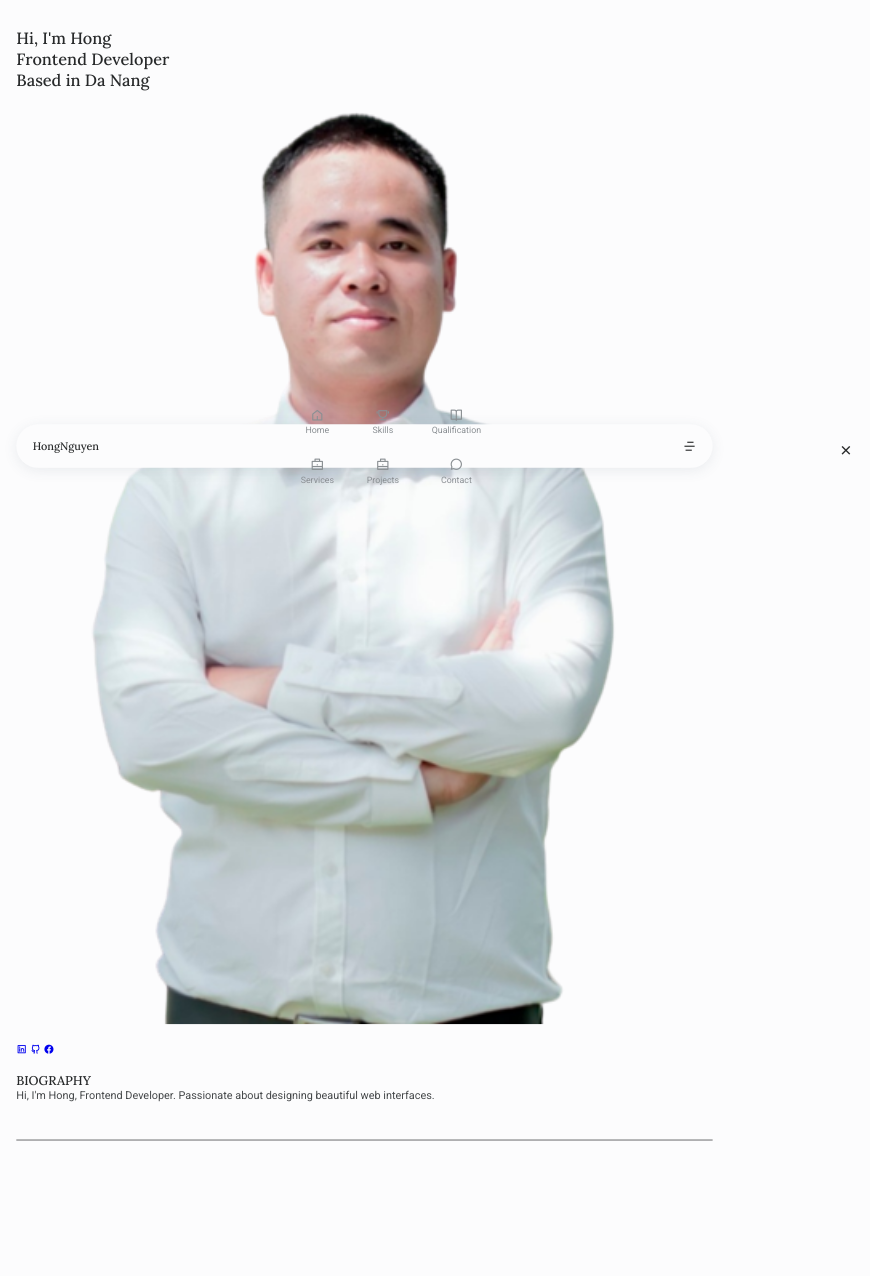
Repository: hnguyeng/myportfoliohongnguyen
Page: index.html
These files come from the project's save history. The page is drawn as it stood at one moment and after the next save; the edit follows.
The browser window is 1280 px wide. The pictures show the whole page, at 68% of full size.
Some web libraries are served in a nearby version.

Above is the page before, as saved 2023-07-17 13:04:41.

After the next save:
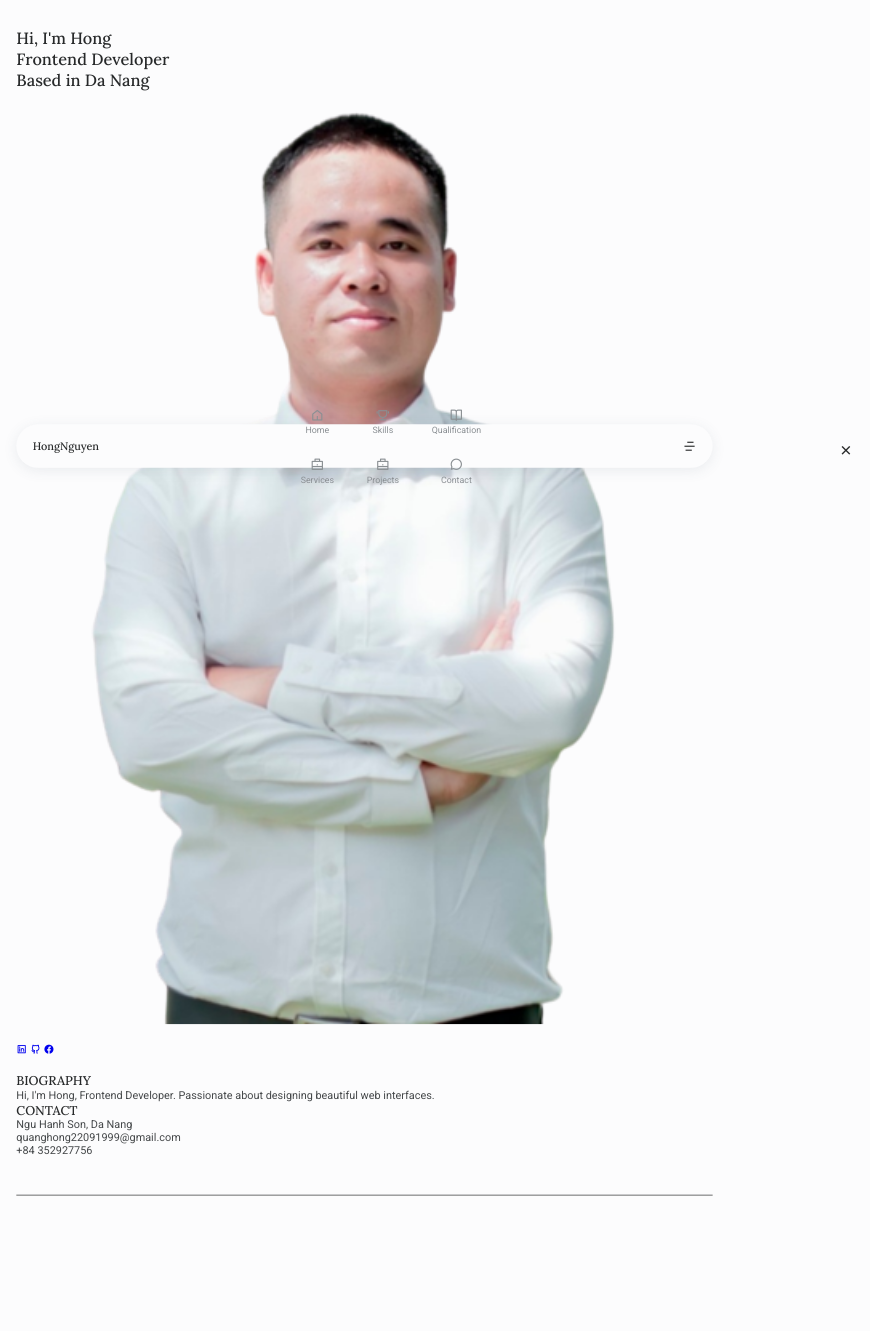
Saved 3 min 53 s later.
--- a/index.html
+++ b/index.html
@@ -112,10 +112,12 @@
 
                     <div>
                         <h3 class="home__info-title">
-
+                            CONTACT
                         </h3>
                         <p class="home__info-description">
-
+                            Ngu Hanh Son, Da Nang <br>
+                            quanghong22091999@gmail.com <br>
+                            +84 352927756 <br>
                         </p>
                     </div>
                 </div>
